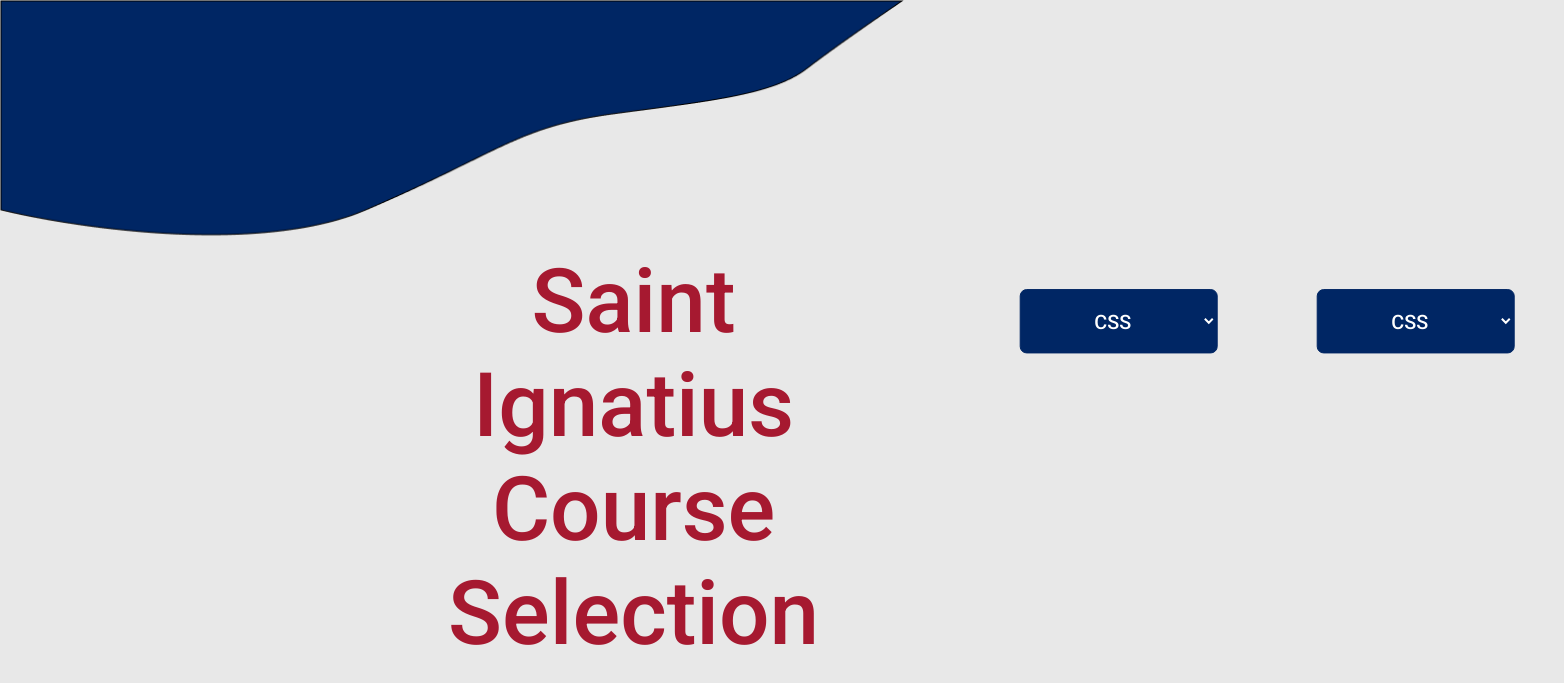
Repository: BuddyBob/si_course_selection
Page: /
The author's editor kept a copy of each file at every save. The page is drawn from the files as they stood at one save, then again after a run of saves.
The browser window is 1280 px wide. The page is 1580 px wide, then 1280 px, so the pictures cover 1580 px, including what lies to the right of the window. The pictures show the whole page, at 99% of full size.
The project was rebuilt for these pictures with package versions that can differ from the ones it lists, and the page was loaded fresh each time.

Above is the page before, as saved 2022-12-27 14:46:11.

After the next 2 saves:
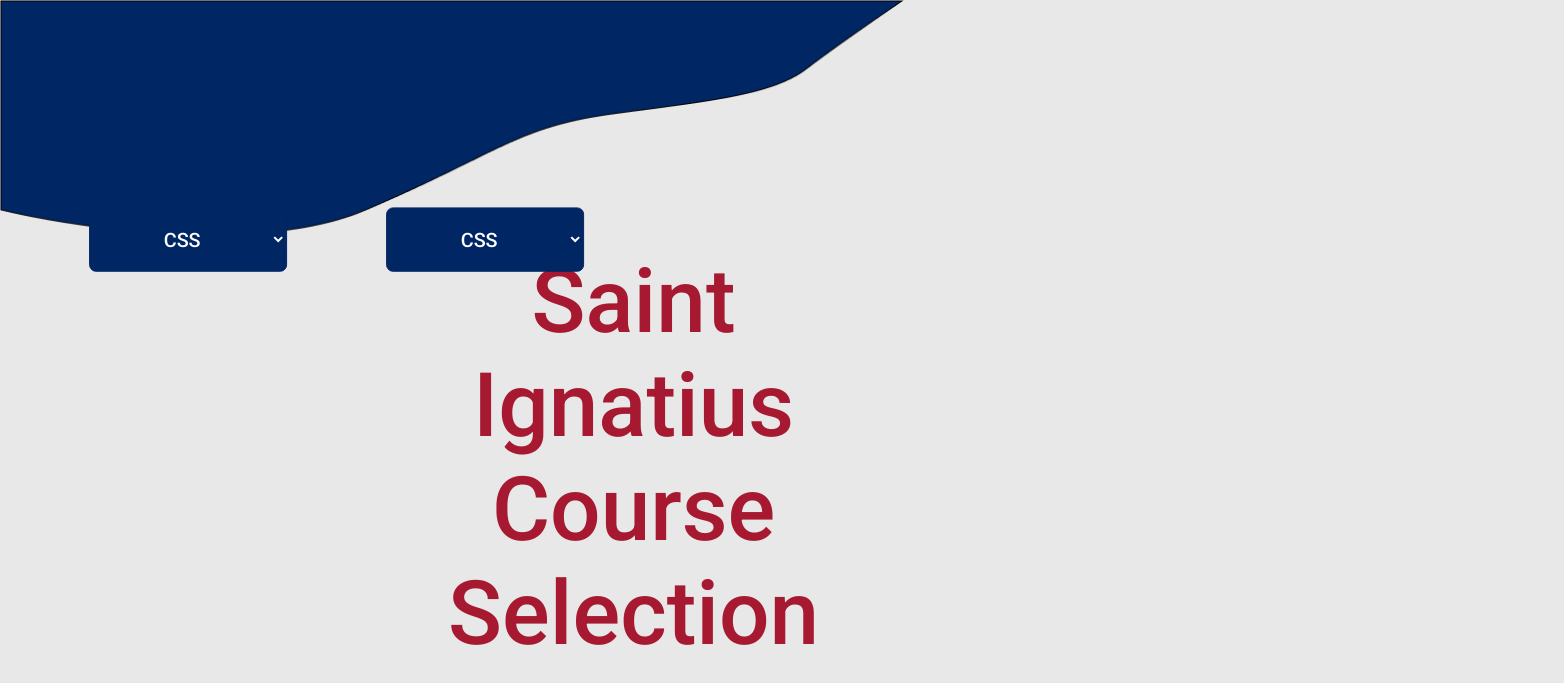
The 2 saves are shown as one change because they came seconds apart.
The last was saved 8 s later.
--- a/src/index.css
+++ b/src/index.css
@@ -82,6 +82,6 @@
 
 .pg1dd {
   position: relative;
-  top: 70%;
-  left: 50%;
+  top: 50%;
+  transform: translate(-50%, -50%);
 }
